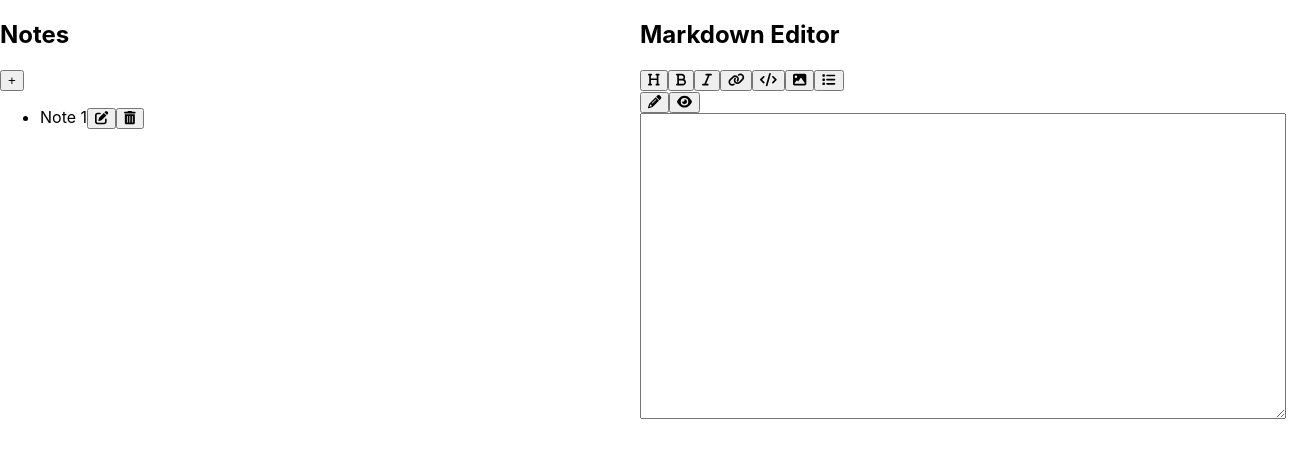
Repository: sriram1224/markdown_editor
Page: /
The author's editor kept a copy of each file at every save. The page is drawn from the files as they stood at one save, then again after the next save.
The browser window is 1280 px wide. The page is 1286 px wide, then 1302 px, so the pictures cover 1302 px, including what lies to the right of the window. The pictures show the whole page.
The project was rebuilt for these pictures with package versions that can differ from the ones it lists, and the page was loaded fresh each time.

Above is the page before, as saved 2024-04-22 23:00:02.

After the next save:
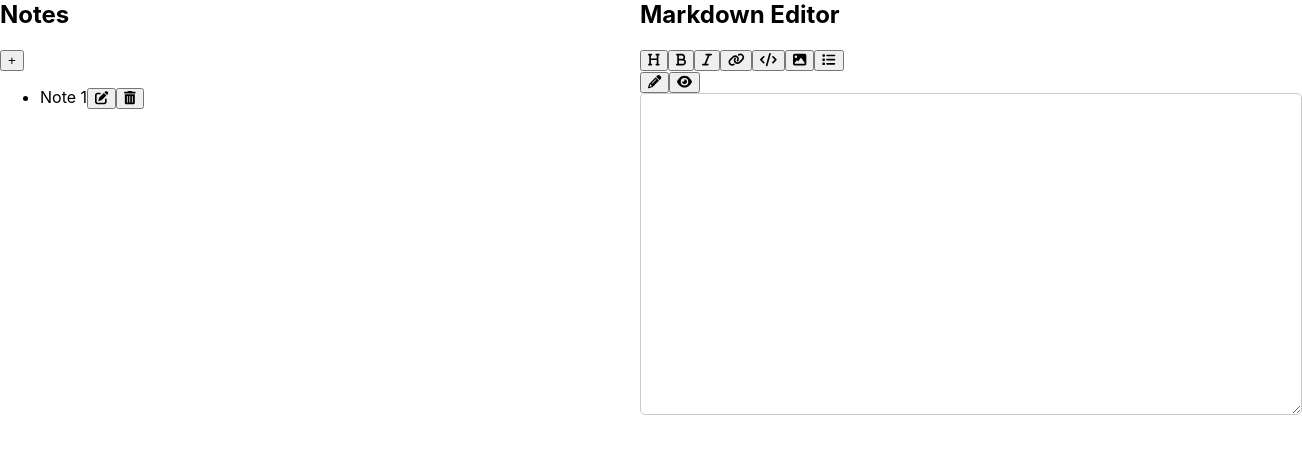
Saved 54 s later.
--- a/src/App.js
+++ b/src/App.js
@@ -1,4 +1,4 @@
-
+import 'App.css'
 import MarkdownEditor from './Components/Markdown';
 function App() {
   return (
